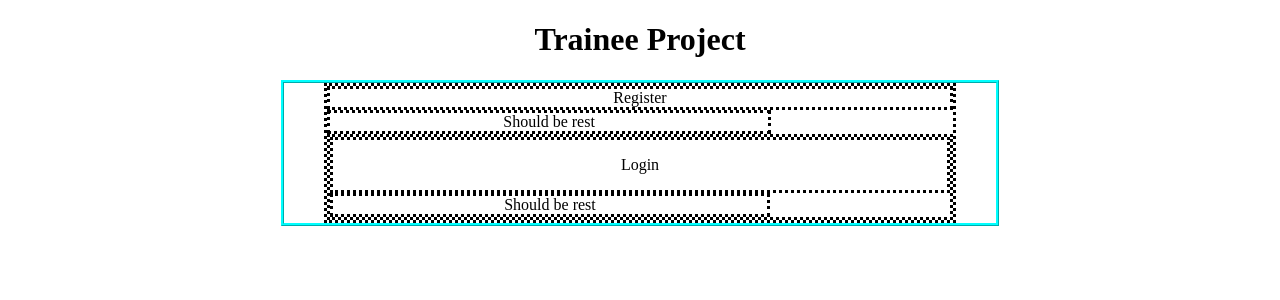
Repository: LsCodeMaster/Training
Page: Trainee/WebContent/trainee.html
The author's editor kept a copy of each file at every save. The page is drawn from the files as they stood at one save, then again after the next save.
The browser window is 1280 px wide. The pictures show the whole page.

Above is the page before, as saved 2015-09-15 10:06:10.

### Trainee/WebContent/trainee.html
<!DOCTYPE html>
<html>
<head>
<meta charset="ISO-8859-1">
<title>Trainee Project</title>
<link type = "text/css" href="css/style.css" rel="stylesheet">
</head>
<body>
	<h1>Trainee Project</h1>
	<div class="centeredBox">
		<div class="border">
			<div class="loginType">
				Register
			</div>
			<div class="loginInfo">
				Should be rest
			</div>
		<div>
			<div class="loginType">
				<p>Login</p>
			</div>
			<div class="loginInfo">
				Should be rest
			</div>
		</div>
	</div>
</body>
</html>

### Trainee/WebContent/css/style.css
.centeredBox{
    margin: auto;
	border-style: ridge;
	border-color: aqua;
	width: 50%;
	padding: 40 px;
	padding-left: 40px;
	padding-right: 40px;
	overflow: hidden;
}
.centeredBox div{
	border-style: dotted;
	text-align: center;
}
.loginType{
	float: left
	width: 25%;
}
.loginInfo{
	overflow: hidden;
	width:70%;
}
h1{
    text-align: center;
}
.border{
	border-style: dotted;
}

After the next save:
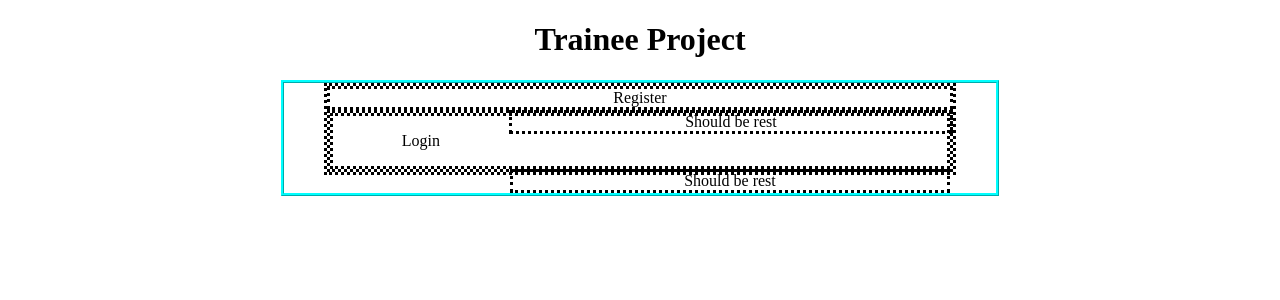
Saved 18 s later.
--- a/Trainee/WebContent/css/style.css
+++ b/Trainee/WebContent/css/style.css
@@ -17,7 +17,7 @@
 	width: 25%;
 }
 .loginInfo{
-	overflow: hidden;
+	float: right;
 	width:70%;
 }
 h1{
